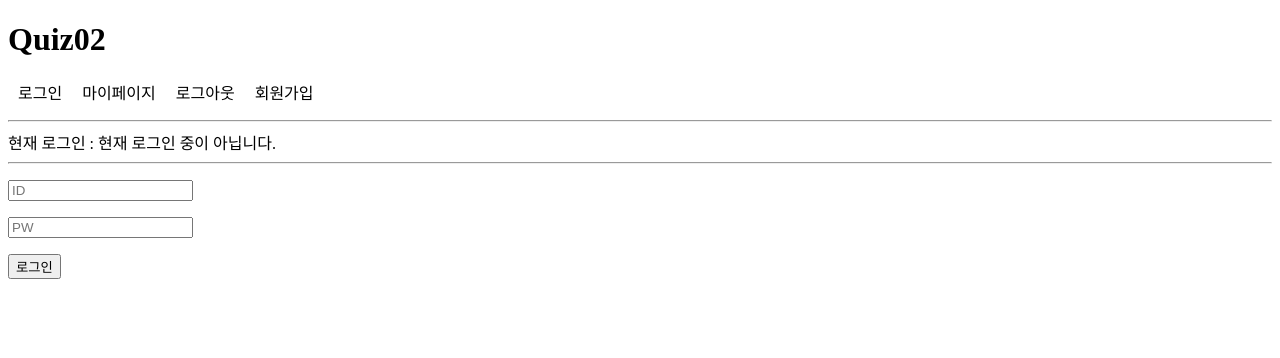
Repository: ChimmyWorld/JSP
Page: http://localhost/Day50/quiz2/login.jsp
An editor plug-in stored every save of this project. The page is shown before and after the next save, followed by the edit.
The browser window is 1280 px wide. The pictures show the whole page.
The page is served by Tomcat 9. Other server files are loaded and not shown.

Above is the page before, as saved 2023-09-19 05:51:25.

### Day50/WebContent/quiz2/login.jsp
<%@ page language="java" contentType="text/html; charset=UTF-8"
    pageEncoding="UTF-8"%>
<%@ include file="header.jsp" %>

<%
	Cookie[] cs = request.getCookies();

	String userid, save;
	userid = save = "";

	if (cs != null) {
		for (int i=0; i < cs.length; i++) {
			switch(cs[i].getName()){
			case "userid": userid = cs[i].getValue(); break;
			case "save": save = cs[i].getValue(); break;
			}
		}
	}
%>

<article>
	<form action="loginPro.jsp" method="POST">
		<p><input id ="userid" name="userid" placeholder="ID"></p>
		<p><input id="userpw" name="userpw" placeholder="PW"></p>

		<button>로그인</button>
	</form>
</article>

</body>
</html>

### Day50/WebContent/quiz2/header.jsp
<%@page import="beans.AccountVO"%>
<%@ page language="java" contentType="text/html; charset=UTF-8"
    pageEncoding="UTF-8"%>
<!DOCTYPE html>
<html>
<head>
<meta charset="UTF-8">
<title>header.jsp</title>

<link rel="stylesheet" href="../css/style.css">
</head>
<body>
	<jsp:useBean id="dao" class="model.AccountDAO"/>

	<%
		AccountVO user = (AccountVO)session.getAttribute("user");

		String login = "logout";
		String myPage = "myPage";

		if (user == null) {
			user = new AccountVO();
			user.setNick("현재 로그인 중이 아닙니다.");

			login = "login";
			myPage ="";
		}
	%>

	<h1>Quiz02</h1>

	<ul class="menu">
		<li><a href="login.jsp">로그인</a></li>
		<li><a href="myPage.jsp">마이페이지</a>
		<li><a href="logout.jsp">로그아웃</a>
		<li><a href="signUp.jsp">회원가입</a>
	</ul>

	<hr>
	<div>현재 로그인 : <%=user.getNick() %></div>
	<hr>

</body>
</html>

### Day50/src/model/DAO.java
package model;

import java.sql.Connection;
import java.sql.PreparedStatement;
import java.sql.ResultSet;
import java.sql.SQLException;
import java.sql.Statement;

import javax.naming.Context;
import javax.naming.InitialContext;
import javax.naming.NamingException;
import javax.sql.DataSource;

public class DAO {
	protected Context ct;
	protected DataSource ds;

	protected Connection conn;
	protected Statement stmt;
	protected PreparedStatement pstmt;
	protected ResultSet rs;

	public DAO() {
		try {
			ct = new InitialContext();
			ds = (DataSource) ct.lookup("java:comp/env/jdbc/oracle");



		} catch (NamingException e) {
			System.err.println("생성자 예외" + e.getMessage());
		} finally {
			close();
		}

	}

	protected void close() {
		try {
			if (rs != null) rs.close();
			if (pstmt != null) pstmt.close();
			if (stmt != null) stmt.close();
			if (conn != null) conn.close();

		} catch (Exception e) {}
	}

	public String test() {
		String sql = "select banner from v$version";
		try {
			conn = ds.getConnection();
			stmt = conn.createStatement();
			rs = stmt.executeQuery(sql);

			rs.next();

			return rs.getString("banner");

		} catch (SQLException e) {
			System.err.println("test 예외 :" + e.getMessage());
		} finally {
			close();
		}

		return null;
	}
}

### Day50/src/model/AccountDAO.java
package model;

import java.sql.ResultSet;
import java.sql.SQLException;
import java.util.ArrayList;
import java.util.List;

import beans.AccountVO;

public class AccountDAO extends DAO{

	private AccountVO mapper(ResultSet rs) throws SQLException{
		AccountVO row = new AccountVO();

		row.setEmail(rs.getString("email"));
		row.setIdx(rs.getInt("idx"));
		row.setJoin_date(rs.getDate("join_date"));
		row.setNick(rs.getString("nick"));
		row.setUserid(rs.getString("userid"));
		row.setUserpw(rs.getString("userpw"));

		return row;
	}

	public List<AccountVO> selectAll(){
		String sql = "select * from account";

		try {
			conn = ds.getConnection();
			stmt = conn.createStatement();
			rs = stmt.executeQuery(sql);

			List<AccountVO> list = new ArrayList<>();

			while (rs.next()) {
				AccountVO row = mapper(rs);
				list.add(row);
			}

			return list;
		} catch(SQLException e) {
			System.err.println("selectAll 예외" + e.getMessage());
		} finally {
			close();
		}
		return null;
	}

	public AccountVO selectOne(AccountVO input) {
		String sql = "select * "
				+ "from account where "
				+ "userid = ? "
				+ "and userpw = ?";

		try {
			conn = ds.getConnection();
			pstmt = conn.prepareStatement(sql);

			pstmt.setString(1, input.getUserid());
			pstmt.setString(2, input.getUserpw());

			rs = pstmt.executeQuery();
			rs.next();

			AccountVO row = mapper(rs);

			return row;
		} catch (SQLException e) {
			System.err.println("selectOne 예외 " + e.getMessage());
		} finally {
			close();
		}
		return null;
	}

}

### Day50/src/beans/AccountVO.java
package beans;
/*
 IDX       NOT NULL NUMBER
USERID    NOT NULL VARCHAR2(20)
USERPW    NOT NULL VARCHAR2(20)
NICK      NOT NULL VARCHAR2(100)
EMAIL     NOT NULL VARCHAR2(100)
JOIN_DATE          DATE
 */

import java.sql.Date;

public class AccountVO {
	private int idx;
	private String userid;
	private String userpw;
	private String nick;
	private String Email;
	private Date join_date;
	public int getIdx() {
		return idx;
	}
	public void setIdx(int idx) {
		this.idx = idx;
	}
	public String getUserid() {
		return userid;
	}
	public void setUserid(String userid) {
		this.userid = userid;
	}
	public String getUserpw() {
		return userpw;
	}
	public void setUserpw(String userpw) {
		this.userpw = userpw;
	}
	public String getNick() {
		return nick;
	}
	public void setNick(String nick) {
		this.nick = nick;
	}
	public String getEmail() {
		return Email;
	}
	public void setEmail(String email) {
		Email = email;
	}
	public Date getJoin_date() {
		return join_date;
	}
	public void setJoin_date(Date join_date) {
		this.join_date = join_date;
	}





}

### Day50/WebContent/css/style.css
@charset "UTF-8";
a{
	color: inherit;
	text-decoration: none;
}
nav {
	display: flex;
	justify-content: space-between;
}
.menu {
	list-style: none;
	padding: 0;
	display: flex;
}
.menu > li {
	margin: 0 10px;
}
.accounts{
	border-collapse: collapse;
}
.accounts th, .accounts td {
	border: 1px solid #a0a0a0;
	padding: 5px 10px;
}

After the next save:
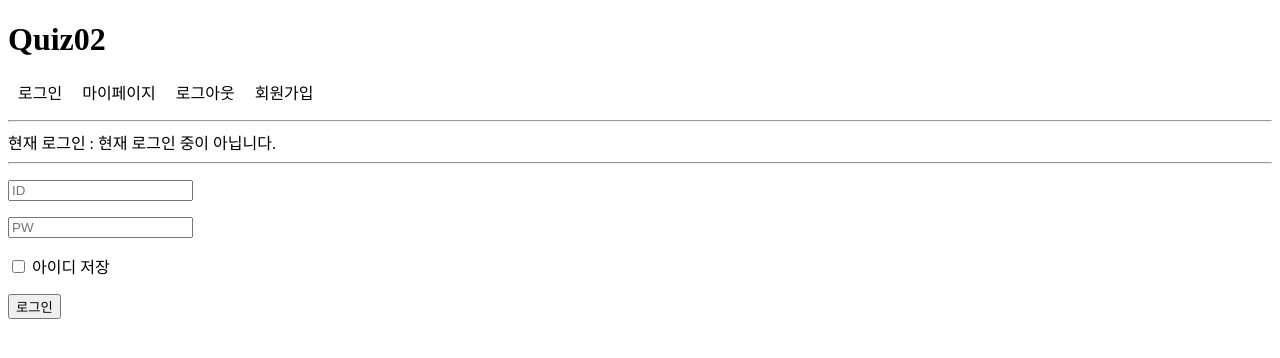
Saved 95 s later.
--- a/Day50/WebContent/quiz2/login.jsp
+++ b/Day50/WebContent/quiz2/login.jsp
@@ -22,7 +22,10 @@
 	<form action="loginPro.jsp" method="POST">
 		<p><input id ="userid" name="userid" placeholder="ID"></p>
 		<p><input id="userpw" name="userpw" placeholder="PW"></p>
-
+		<p>
+			<input id="save" name="save" type="checkbox" <%=save %>>
+			<label for="save">아이디 저장</label>
+		</p>
 		<button>로그인</button>
 	</form>
 </article>
